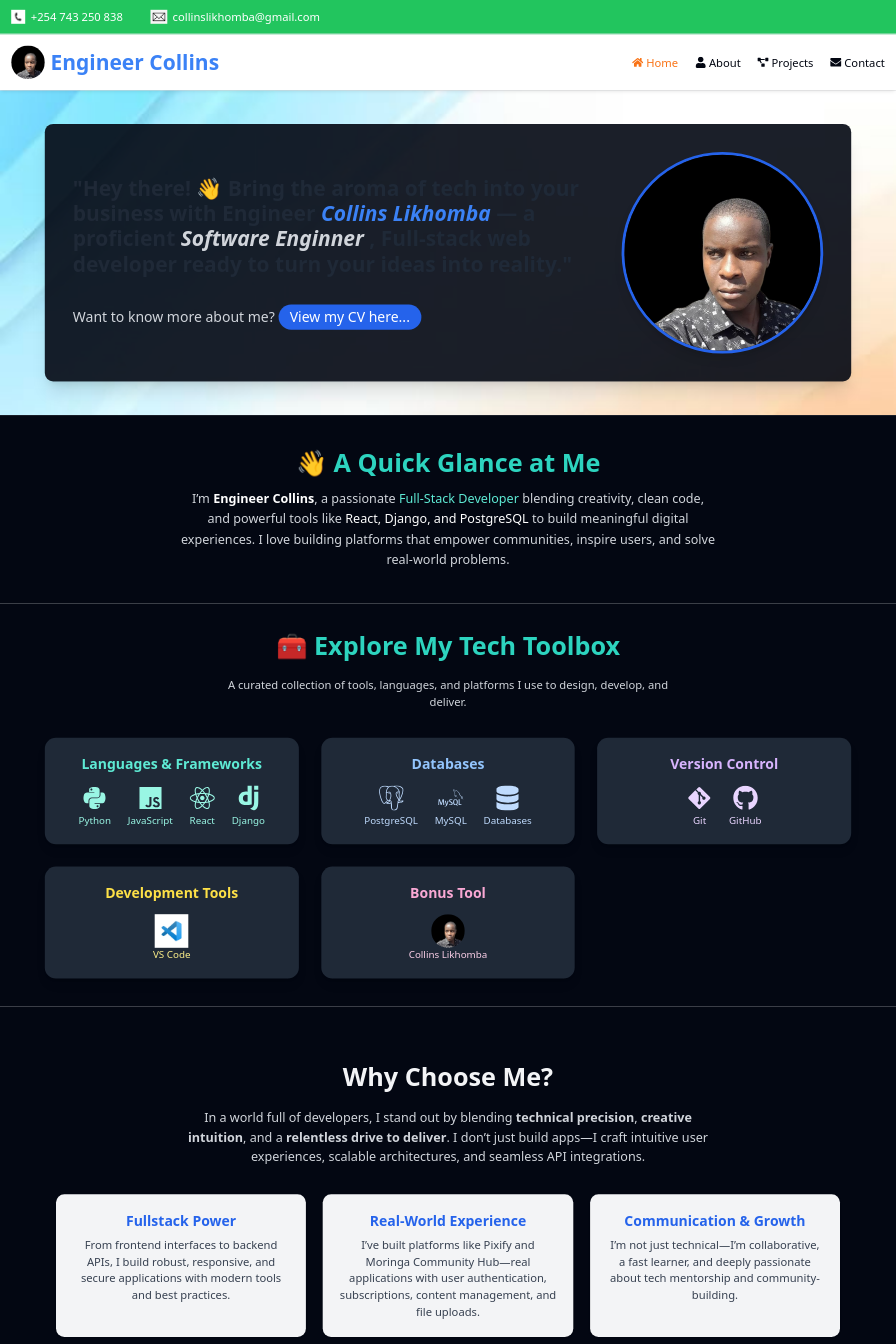
Repository: Engineer-collo/Portfolio
Page: /
These files come from the project's save history. The page is drawn as it stood at one moment and after a run of saves; the edit follows.
The browser window is 1280 px wide. The pictures show the part of the page from y = 0 to 1920 px (the page is 2586 px tall), at 70% of full size.
The project was rebuilt for these pictures with package versions that can differ from the ones it lists, and the page was loaded fresh each time. Also part of the build but not shown: vite.config.js, src/pages/About.jsx, src/pages/Projects.jsx, src/pages/Contact.jsx, src/pages/Blog.jsx, src/pages/Skills.jsx.

Above is the page before, as saved 2025-06-10 20:05:02.

### index.html
<!DOCTYPE html>
<html lang="en">
<head>
  <meta charset="UTF-8">
  <meta name="viewport" content="width=device-width, initial-scale=1.0">
  <title>Portfolio</title>
</head>
<body class="bg-gray-100">
  <div id="root"></div>
  <script type="module" src="/src/main.jsx"></script>
</body>
</html>

### src/main.jsx
import React from 'react'
import ReactDOM from 'react-dom/client'
import './index.css'
import App from './App'

ReactDOM.createRoot(document.getElementById('root')).render(
  <React.StrictMode>
    <App />
  </React.StrictMode>,
)

### src/App.jsx
import { BrowserRouter as Router, Route, Routes } from "react-router-dom";
import HomePage from "./pages/HomePage";
import About from "./pages/About";
import Project from "./pages/Projects";
import Contact from "./pages/Contact";
import Blog from "./pages/Blog";
import Skills from "./pages/Skills";

function App() {
  return (
    <Router>

      <Routes>
        <Route path="/" element={<HomePage />} />
        <Route path="/about" element={<About />} />
        <Route path="/projects" element={<Project />} />
        <Route path="/contact" element={<Contact />} />
        <Route path="/skills" element={<Skills />} />
        <Route path="/blog" element={<Blog />} />


      </Routes>
    </Router>
  );
}

export default App;

### src/pages/HomePage.jsx
import React from 'react';
import Navbar from '../components/Navbar';
import Footer from './Footer';
import TechStackToolbox from './TechStackToolbox';
import Testimonials from './Testimonials';
import AboutMeSummary from './AboutMeSummary';

const HomePage = () => {
  return (
    <div className="text-gray-800 font-sans min-h-screen flex flex-col">
      {/* Navbar */}
      <header className="bg-gray-900 text-white shadow">
        <Navbar />
      </header>

      {/* Hero Section */}
      <section
        className="pt-12 pb-12 flex-grow flex justify-center items-center px-4
                   bg-[url('/bg.png')] bg-cover bg-center bg-no-repeat"
      >
        <div className="flex flex-col md:flex-row items-center
                        text-center md:text-left gap-10
                        bg-gray-950 bg-opacity-90 p-6 md:p-10 rounded-xl shadow-xl
                        max-w-6xl w-full">
          {/* Text Side */}
          <div className="flex-1">
            <h1 className="text- font-bold text-3xl">
              "Hey there! 👋 Bring the aroma of tech into your business with Engineer{" "}
              <span>
                <i className="text-blue-500"><strong>Collins Likhomba</strong></i>
              </span>{" "}
              — a proficient               <span>
                <i className="text-gray-300"><strong>Software Enginner</strong></i>
              </span>{" "}
 , Full-stack web developer ready to turn your ideas into reality."
            </h1>
            <p className="text-xl pt-6 text-gray-300">
              Want to know more about me?&nbsp;
              <a
                href="https://my-cv-henna-beta.vercel.app/"
                className="mt-4 inline-block bg-blue-600 text-white px-4 py-1 rounded-full hover:bg-blue-700 transition"
                target="_blank"
                rel="noopener noreferrer"
              >
                View my CV here...
              </a>
            </p>
          </div>

          {/* Image Side */}
          <div className="flex-shrink-0 w-52 h-52 sm:w-72 sm:h-72 rounded-full border-4 border-blue-600 shadow-lg overflow-hidden">
            <img
              src="/picture.png"
              alt="Profile"
              className="w-full h-full object-cover"
            />
          </div>
        </div>
      </section>

      <AboutMeSummary />
      <TechStackToolbox />

      {/* Why Choose Me Section */}
      <section className="bg-gray-950 py-20 px-6 md:px-20 text-center">
        <h2 className="text-4xl font-bold text-gray-100 mb-6">Why Choose Me?</h2>
        <p className="max-w-3xl mx-auto text-gray-300 text-lg mb-10">
          In a world full of developers, I stand out by blending{" "}
          <strong>technical precision</strong>, <strong>creative intuition</strong>, and a{" "}
          <strong>relentless drive to deliver</strong>. I don’t just build apps—I craft{" "}
          intuitive user experiences, scalable architectures, and seamless API integrations.
        </p>
        <div className="grid md:grid-cols-3 gap-6 max-w-6xl mx-auto">
          <div className="bg-gray-100 p-6 rounded-xl shadow hover:shadow-lg transition">
            <h3 className="text-xl font-semibold mb-2 text-blue-600">Fullstack Power</h3>
            <p className="text-gray-700">
              From frontend interfaces to backend APIs, I build robust, responsive, and secure applications
              with modern tools and best practices.
            </p>
          </div>
          <div className="bg-gray-100 p-6 rounded-xl shadow hover:shadow-lg transition">
            <h3 className="text-xl font-semibold mb-2 text-blue-600">Real-World Experience</h3>
            <p className="text-gray-700">
              I’ve built platforms like Pixify and Moringa Community Hub—real applications with user authentication,
              subscriptions, content management, and file uploads.
            </p>
          </div>
          <div className="bg-gray-100 p-6 rounded-xl shadow hover:shadow-lg transition">
            <h3 className="text-xl font-semibold mb-2 text-blue-600">Communication & Growth</h3>
            <p className="text-gray-700">
              I’m not just technical—I’m collaborative, a fast learner, and deeply passionate about tech mentorship
              and community-building.
            </p>
          </div>
        </div>
      </section>

      <Testimonials />

      {/* Footer */}
      <footer className="bg-gray-900 text-white text-center py-6 mt-auto">
        <Footer />
      </footer>
    </div>
  );
};

export default HomePage;

### src/components/Navbar.jsx
import React, { useState, useEffect } from 'react';
import { Link } from 'react-router-dom';
import { FaBars, FaTimes, FaUser, FaProjectDiagram, FaEnvelope, FaHome } from 'react-icons/fa';

const Navbar = () => {
  const [isOpen, setIsOpen] = useState(false);
  const toggleMenu = () => setIsOpen(!isOpen);

  useEffect(() => {
    document.body.style.overflow = isOpen ? 'hidden' : 'auto';
  }, [isOpen]);

  return (
    <header className="bg-white shadow-md relative z-50">
      {/* Top Contact Info */}
      <div className="bg-green-500 text-sm md:text-base py-3 px-4 flex flex-wrap items-center gap-4 md:gap-10 border-b border-gray-200">
        <div className="flex items-center gap-2">
          <img
            className="h-5 transition-transform duration-300 transform hover:scale-110"
            src="/call.png"
            alt="Call Icon"
          />
          <a
            target="_blank"
            rel="noopener noreferrer"
            href="tel:+254743250838"
            className="text-white hover:underline"
          >
            +254 743 250 838
          </a>
        </div>
        <div className="flex items-center gap-2">
          <img
            className="h-5 transition-transform duration-300 transform hover:scale-110"
            src="/email.png"
            alt="Email Icon"
          />
          <a
            target="_blank"
            rel="noopener noreferrer"
            href="mailto:collinslikhomba@gmail.com"
            className="text-white hover:underline"
          >
            collinslikhomba@gmail.com
          </a>
        </div>
      </div>

      {/* Main Navigation */}
      <div className="max-w-7xl mx-auto px-4 py-4 flex justify-between items-center">
        {/* Logo and Name */}
        <div className="flex items-center space-x-2">
          <img
            className="h-12 w-12 rounded-full object-cover transition-transform duration-300 transform hover:scale-110"
            src="picture.png"
            alt="Profile"
            loading="lazy"
          />
          <h1 className="text-2xl md:text-3xl font-bold text-gray-950">
            <Link to="/" className="hover:text-blue-500 transition">
              <span className="text-blue-500">Engineer Collins</span>
            </Link>
          </h1>
        </div>

        {/* Desktop nav */}
        <nav className="space-x-6 hidden md:flex text-gray-950 font-medium">
          <Link to="/" className="flex items-center gap-1 hover:text-blue-500 transition text-orange-500"><FaHome /> Home</Link>
          <Link to="/about" className="flex items-center gap-1 hover:text-blue-500 transition"><FaUser /> About</Link>
          <Link to="/projects" className="flex items-center gap-1 hover:text-blue-500 transition"><FaProjectDiagram /> Projects</Link>
          <Link to="/contact" className="flex items-center gap-1 hover:text-blue-500 transition"><FaEnvelope /> Contact</Link>
        </nav>

        {/* Mobile menu toggle */}
        <div className="md:hidden">
          <button onClick={toggleMenu} aria-label="Toggle menu" className="text-gray-950 focus:outline-none">
            {isOpen ? <FaTimes className="h-6 w-6" /> : <FaBars className="h-6 w-6" />}
          </button>
        </div>
      </div>

      {/* Mobile nav links */}
      {isOpen && (
        <div className="fixed top-0 left-0 h-screen w-3/4 bg-gray-950 z-50 shadow-lg px-6 py-8 md:hidden transition-all">
          <button onClick={toggleMenu} aria-label="Close menu" className="absolute top-4 right-4 text-white">
            <FaTimes className="h-6 w-6" />
          </button>
          <nav className="space-y-6 mt-10 text-white text-lg">
            <Link to="/" onClick={toggleMenu} className="flex items-center gap-2 hover:text-blue-500"><FaHome /> Home</Link>
            <Link to="/about" onClick={toggleMenu} className="flex items-center gap-2 hover:text-blue-500"><FaUser /> About</Link>
            <Link to="/projects" onClick={toggleMenu} className="flex items-center gap-2 hover:text-blue-500"><FaProjectDiagram /> Projects</Link>
            <Link to="/contact" onClick={toggleMenu} className="flex items-center gap-2 hover:text-blue-500"><FaEnvelope /> Contact</Link>
          </nav>
        </div>
      )}
    </header>
  );
};

export default Navbar;

### src/pages/Footer.jsx
import React from 'react';
import { FaGithub, FaLinkedin, FaTwitter, FaEnvelope } from 'react-icons/fa';

const Footer = () => {
  return (
    <footer className="bg-gray-900 text-gray-300 py-10">
      <div className="max-w-6xl mx-auto px-6 flex flex-col md:flex-row justify-between items-center space-y-6 md:space-y-0">

        {/* Logo or Name */}
        <div className="text-gray text-2xl font-bold tracking-wide">
          <strong><i>CollinsLikhomba</i></strong>
        </div>


        {/* Social Icons */}
        <div className="flex space-x-6 text-gray-400">
          <a
            href="https://github.com/Engineer-collo?tab=repositories"
            target="_blank"
            rel="noopener noreferrer"
            aria-label="GitHub"
            className="hover:text-white transition"
          >
            <FaGithub size={24} />
          </a>
          <a
            href="https://www.linkedin.com/in/collins-likhomba-7b364730a/"
            target="_blank"
            rel="noopener noreferrer"
            aria-label="LinkedIn"
            className="hover:text-blue-600 transition"
          >
            <FaLinkedin size={24} />
          </a>
          <a
            href="https://x.com/CollinsLikhomba"
            target="_blank"
            rel="noopener noreferrer"
            aria-label="Twitter"
            className="hover:text-blue-400 transition"
          >
            <FaTwitter size={24} />
          </a>
          <a
            href="mailto:collinslikhomba@gmail.com"
            aria-label="Email"
            className="hover:text-red-500 transition"
            target='_blank'
          >
            <FaEnvelope size={24} />
          </a>
        </div>
      </div>

      {/* Bottom copyright */}
      <div className="text-center text-gray-600 text-sm mt-8">
        &copy; {new Date().getFullYear()} Collins Likhomba. All rights reserved.
      </div>
    </footer>
  );
};

export default Footer;

### src/pages/TechStackToolbox.jsx
import {
    FaPython,
    FaJs,
    FaReact,
    FaGitAlt,
    FaGithub,
    FaDatabase,
  } from "react-icons/fa";
  import {
    SiDjango,
    SiPostgresql,
    SiMysql,

  } from "react-icons/si";

  export default function TechStackToolbox() {
    return (
      <div className="bg-gray-950 text-white py-10 px-6 md:px-16">
        <h2 className="text-3xl md:text-4xl font-bold mb-6 text-center text-teal-400">
          🧰 Explore My Tech Toolbox
        </h2>
        <p className="text-center mb-10 text-gray-300 max-w-2xl mx-auto">
          A curated collection of tools, languages, and platforms I use to design,
          develop, and deliver.
        </p>

        <div className="grid grid-cols-1 md:grid-cols-2 lg:grid-cols-3 gap-8 text-center">

          {/* Languages & Frameworks */}
          <div className="bg-gray-800 rounded-2xl p-6 shadow-lg hover:shadow-teal-500/30 transition">
            <h3 className="text-xl font-semibold mb-4 text-teal-300">
              Languages & Frameworks
            </h3>
            <div className="flex justify-center gap-6 text-teal-200">
              <div className="flex flex-col items-center text-sm">
                <FaPython className="text-4xl mb-1" />
                <span>Python</span>
              </div>
              <div className="flex flex-col items-center text-sm">
                <FaJs className="text-4xl mb-1" />
                <span>JavaScript</span>
              </div>
              <div className="flex flex-col items-center text-sm">
                <FaReact className="text-4xl mb-1" />
                <span>React</span>
              </div>
              <div className="flex flex-col items-center text-sm">
                <SiDjango className="text-4xl mb-1" />
                <span>Django</span>
              </div>
            </div>
          </div>

          {/* Databases */}
          <div className="bg-gray-800 rounded-2xl p-6 shadow-lg hover:shadow-blue-500/30 transition">
            <h3 className="text-xl font-semibold mb-4 text-blue-300">Databases</h3>
            <div className="flex justify-center gap-6 text-blue-200">
              <div className="flex flex-col items-center text-sm">
                <SiPostgresql className="text-4xl mb-1" />
                <span>PostgreSQL</span>
              </div>
              <div className="flex flex-col items-center text-sm">
                <SiMysql className="text-4xl mb-1" />
                <span>MySQL</span>
              </div>
              <div className="flex flex-col items-center text-sm">
                <FaDatabase className="text-4xl mb-1" />
                <span>Databases</span>
              </div>
            </div>
          </div>

          {/* Version Control */}
          <div className="bg-gray-800 rounded-2xl p-6 shadow-lg hover:shadow-purple-500/30 transition">
            <h3 className="text-xl font-semibold mb-4 text-purple-300">
              Version Control
            </h3>
            <div className="flex justify-center gap-6 text-purple-200">
              <div className="flex flex-col items-center text-sm">
                <FaGitAlt className="text-4xl mb-1" />
                <span>Git</span>
              </div>
              <div className="flex flex-col items-center text-sm">
                <FaGithub className="text-4xl mb-1" />
                <span>GitHub</span>
              </div>
            </div>
          </div>

          {/* Development Tools */}
          <div className="bg-gray-800 rounded-2xl p-6 shadow-lg hover:shadow-yellow-500/30 transition">
            <h3 className="text-xl font-semibold mb-4 text-yellow-300">
              Development Tools
            </h3>
            <div className="flex justify-center gap-6 text-yellow-200">
              <div className="flex flex-col items-center text-sm">
                <img className="h-12" src="/vscode.png" alt="Vscode icon" />
                <span>VS Code</span>
              </div>
            </div>
          </div>

          {/* Bonus Tool */}
          <div className="bg-gray-800 rounded-2xl p-6 shadow-lg hover:shadow-pink-500/30 transition">
            <h3 className="text-xl font-semibold mb-4 text-pink-300">Bonus Tool</h3>
            <div className="flex justify-center gap-6 text-pink-200">
              <div className="flex flex-col items-center text-sm">
                <img
                  className="h-12 w-12 rounded-full object-cover"
                  src="picture.png"
                  alt="Profile"
                />
                <span>Collins Likhomba</span>
              </div>
            </div>
          </div>

        </div>
      </div>
    );
  }

### src/pages/Testimonials.jsx
export default function Testimonials() {
    const testimonials = [
      {
        name: "Christine M.",
        content: "Working with Collins was a game-changer! His expertise in React and backend integration is unmatched.",
        profile_pic: "https://randomuser.me/api/portraits/women/68.jpg",
      },
      {
        name: "Lesile K.",
        content: "Collins is a team player and a tech visionary. He delivered our project ahead of schedule with superb quality.",
        profile_pic: "https://randomuser.me/api/portraits/men/45.jpg",
      },
      {
        name: "Joy A.",
        content: "He doesn't just write code—he solves real problems. A true full-stack craftsman!",
        profile_pic: "https://randomuser.me/api/portraits/women/22.jpg",
      },
    ];

    return (
      <div className="bg-gray-950 text-white py-14 px-6 md:px-20">
        <h2 className="text-3xl md:text-4xl font-bold mb-10 text-center text-teal-400">
          💬 What People Are Saying
        </h2>

        <div className="grid grid-cols-1 md:grid-cols-2 lg:grid-cols-3 gap-8">
          {testimonials.map((testimonial, index) => (
            <div
              key={index}
              className="bg-gray-800 p-6 rounded-2xl shadow-lg hover:shadow-teal-500/30 transition transform hover:-translate-y-1 duration-300"
            >
              <div className="flex items-center gap-4 mb-4">
                <img
                  src={testimonial.profile_pic}
                  alt={testimonial.name}
                  className="w-14 h-14 rounded-full border-2 border-teal-400 object-cover"
                />
                <div>
                  <h4 className="text-lg font-semibold text-teal-300">{testimonial.name}</h4>
                </div>
              </div>
              <p className="text-gray-300 italic">"{testimonial.content}"</p>
            </div>
          ))}
        </div>
      </div>
    );
  }

### src/pages/AboutMeSummary.jsx
import React from 'react';

export default function AboutMeSummary() {
  return (
    <section className="bg-gray-950 text-white py-12 px-6 md:px-20 text-center">
      <div className="max-w-3xl mx-auto">
        <h2 className="text-3xl md:text-4xl font-bold text-teal-400 mb-4">
          👋 A Quick Glance at Me
        </h2>
        <p className="text-gray-300 text-lg leading-relaxed">
          I’m <span className="text-white font-semibold">Engineer Collins</span>, a passionate
          <span className="text-teal-300 font-medium"> Full-Stack Developer</span> blending creativity,
          clean code, and powerful tools like
          <span className="text-white font-medium"> React, Django, and PostgreSQL</span> to build
          meaningful digital experiences. I love building platforms that empower communities, inspire users,
          and solve real-world problems.
        </p>
      </div>
    </section>
  );
}

Loaded but not shown: src/index.css (common file); tailwind.config.js (common file)

After the next 2 saves:
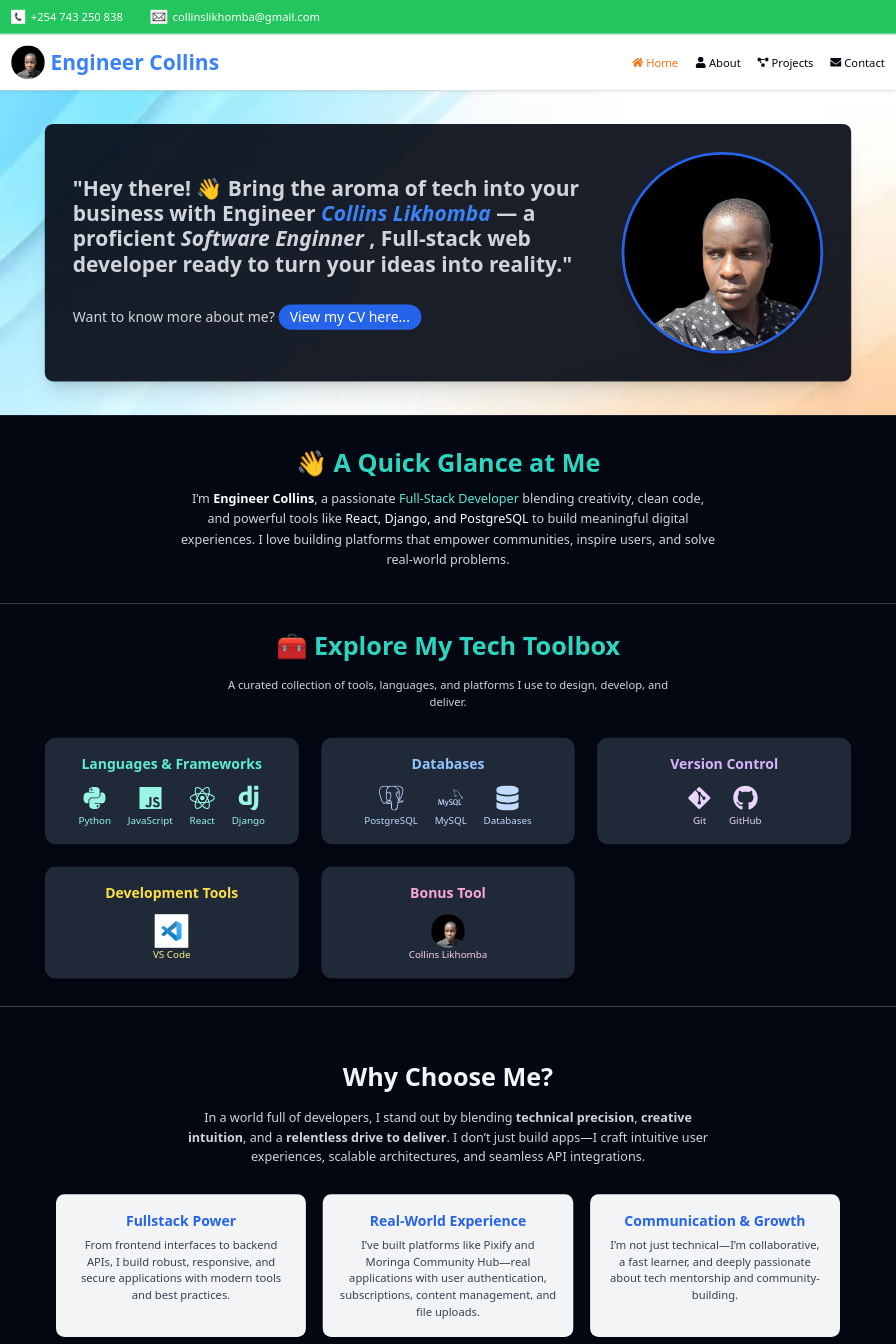
The 2 saves are shown as one change because they came seconds apart.
The last was saved 14 s later.
--- a/src/pages/HomePage.jsx
+++ b/src/pages/HomePage.jsx
@@ -24,13 +24,13 @@ const HomePage = () => {
                         max-w-6xl w-full">
           {/* Text Side */}
           <div className="flex-1">
-            <h1 className="text- font-bold text-3xl">
+            <h1 className="text-gray-300 font-bold text-3xl">
               "Hey there! 👋 Bring the aroma of tech into your business with Engineer{" "}
               <span>
                 <i className="text-blue-500"><strong>Collins Likhomba</strong></i>
               </span>{" "}
               — a proficient               <span>
-                <i className="text-gray-300"><strong>Software Enginner</strong></i>
+                <i className="text-"><strong>Software Enginner</strong></i>
               </span>{" "}
  , Full-stack web developer ready to turn your ideas into reality."
             </h1>
